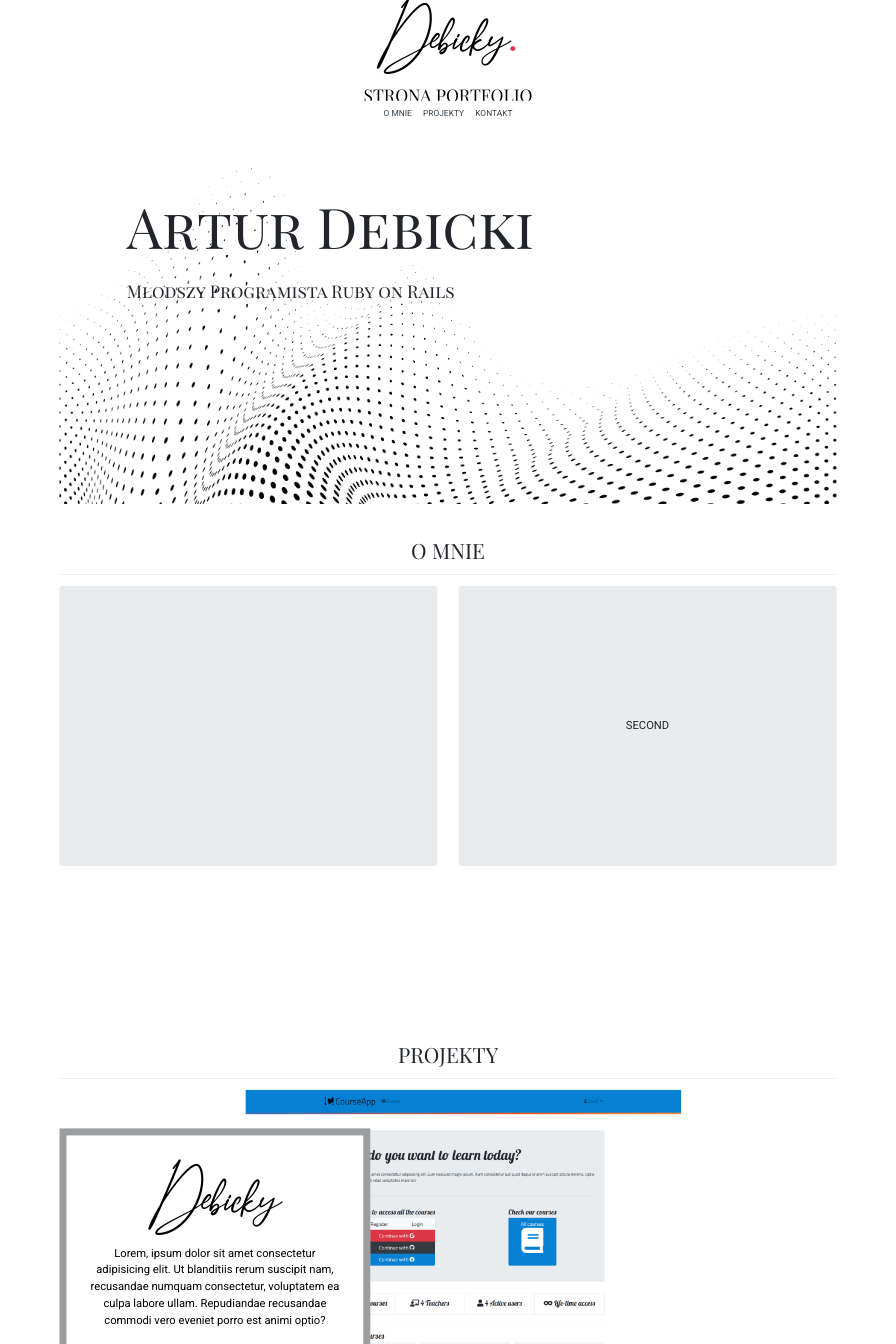
Repository: debicky/debicky.github.io
Page: index.html
An editor plug-in stored every save of this project. The page is shown before and after a run of saves, followed by the edit.
The browser window is 1280 px wide. The pictures show the part of the page from y = 0 to 1920 px (the page is 4287 px tall), at 70% of full size.
Some web libraries are served in a nearby version.

Above is the page before, as saved 2020-06-10 16:13:03.

### index.html
<!DOCTYPE html>
<html lang="en">
<head>
  <meta charset="UTF-8">
  <meta name="viewport" content="width=device-width, initial-scale=1.0">
  <title>Debicky</title>
  <link rel="stylesheet" href="https://stackpath.bootstrapcdn.com/bootstrap/4.5.0/css/bootstrap.min.css" integrity="sha384-9aIt2nRpC12Uk9gS9baDl411NQApFmC26EwAOH8WgZl5MYYxFfc+NcPb1dKGj7Sk" crossorigin="anonymous">
  <link rel="stylesheet" href="https://cdnjs.cloudflare.com/ajax/libs/font-awesome/5.11.2/css/all.min.css">
  <link rel="stylesheet" href="styles.css">
</head>
<body>


  <header>
    <a href="index.html">
      <div class="signature">
        <h5 class="signature-heading">Debicky<span class="text-danger font-weight-bolder">.</span></h5>
        <h3 class="signature-subheading">strona portfolio</h3>
      </div>
    </a>
  </header>

  <div class="container">
    <div class="hero">

      <nav class="navbar navbar-expand-md p-0 rounded bg-white">
        <button class="navbar-toggler" type="button" data-toggle="collapse" data-target="#navbarSupportedContent" aria-controls="navbarSupportedContent" aria-expanded="false" aria-label="Toggle navigation">
          <i class="fas fa-bars"></i>
          <i class="fas fa-times"></i>
        </button>

        <div class="collapse navbar-collapse d-md-flex justify-content-center" id="navbarSupportedContent">
          <ul class="navbar-nav">
            <li class="nav-item">
              <a class="nav-link" href="#">O mnie</a>
            </li>
            <li class="nav-item">
              <a class="nav-link" href="#">Projekty</a>
            </li>
            <li class="nav-item">
              <a class="nav-link" href="#">Kontakt</a>
            </li>
          </ul>
        </div>
      </nav>

      <div class="hero-header">
        <h3 class="hero-heading">Artur Debicki</h3>
        <h3 class="hero-subheading">Młodszy Programista Ruby on Rails</h3>

      </div>

    </div>
  </div>

  <section class="about py-5 vh-100">
    <div class="container">
      <h1 class="text-center">O mnie</h1>
      <hr>

      <div class="row">
        <div class="col-12 col-md-6 col-lg-6 mb-5 mb-md-0">
          <div class="jumbotron">
            <ul>

            </ul>
          </div>
        </div>
        <div class="col-12 col-md-6 col-lg-6 mb-5 mb-md-0">
          <div class="jumbotron">SECOND</div>
        </div>
      </div>

    </div>
  </section>




  <section class="projects py-5">
    <div class="container">
      <h1 class="text-center">Projekty</h1>
      <hr>

      <div class="project-1">
        <div class="about-content">
          <div class="about-description">
            <div class="signature">
              <h5 class="signature-heading">Debicky</h5>
              <p>Lorem, ipsum dolor sit amet consectetur adipisicing elit. Ut blanditiis rerum suscipit nam, recusandae numquam consectetur, voluptatem ea culpa labore ullam. Repudiandae recusandae commodi vero eveniet porro est animi optio?</p>
            </div>
          </div>
          <div class="about-image">
            <a href="/images/1.jpeg">
              <img src="/images/course.png" alt="img1">
            </a>
          </div>
        </div>
      </div>
      <div class="project-1">
        <div class="about-content">
          <div class="about-description">
            <div class="signature">
              <h5 class="signature-heading">Debicky</h5>
              <p>Lorem, ipsum dolor sit amet consectetur adipisicing elit. Ut blanditiis rerum suscipit nam, recusandae numquam consectetur, voluptatem ea culpa labore ullam. Repudiandae recusandae commodi vero eveniet porro est animi optio?</p>
            </div>
          </div>
          <div class="about-image">
            <a href="/images/1.jpeg">
              <img src="/images/blog.png" alt="img1">
            </a>
          </div>
        </div>
      </div>
      <div class="project-1">
        <div class="about-content">
          <div class="about-description">
            <div class="signature">
              <h5 class="signature-heading">Debicky</h5>
              <p>Lorem, ipsum dolor sit amet consectetur adipisicing elit. Ut blanditiis rerum suscipit nam, recusandae numquam consectetur, voluptatem ea culpa labore ullam. Repudiandae recusandae commodi vero eveniet porro est animi optio?</p>
            </div>
          </div>
          <div class="about-image">
            <a href="/images/1.jpeg">
              <img src="/images/shop.png" alt="img1">
            </a>
          </div>
        </div>
      </div>

    </div>
  </section>

  <section class="contact py-5">
    <div class="container">
      <h1 class="text-center">Kontakt</h1>
      <hr>

      <div class="row">
        <div class="col-12 col-md-6 col-lg-6 mb-5 mb-md-0">
          <div class="jumbotron">
            Potrzebujesz wiecej informacji?
            Wyslij mi wiadomosc e-mail lub skontaktuj sie przez Messenger!
          </div>
        </div>
        <div class="col-12 col-md-6 col-lg-6 mb-5 mb-md-0">
          <div class="jumbotron">SECOND</div>
        </div>
      </div>
    </div>
  </section>


  <footer class="py-5">
    <div class="container">
      <div class="row">
        <div class="col-12 col-md-5 col-lg-4 mb-5 mb-md-0">
          <a href="index.html">
            <div class="signature-footer">
              <h5 class="signature-footer-heading">Debicky<span class="text-danger font-weight-bolder">.</span></h5>
              <h3 class="signature-footer-subhead">Programista Ruby on Rails</h3>
            </div>
          </a>
          <small class="d-block mt-2 text-muted">&copy; 2020</small>
        </div>
        <div class="col-12 col-md-5 col-lg-4 mb-5 mb-md-0">
          <h5 class="text-uppercase">Media</h5>
            <ul class="list-unstyled mb-0">
              <li>
                <a href="https://www.facebook.com/artur.debicki.5" class="text-muted">Facebook</a>
              </li>
              <li>
                <a href="https://www.instagram.com/debicky" class="text-muted">Instagram</a>
              </li>
              <li>
                <a href="https://github.com/debicky" class="text-muted">Github</a>
              </li>
            </ul>
        </div>
        <div class="col-12 col-md-5 col-lg-4">
          <h5 class="text-uppercase">Kontakt</h5>
            <ul class="list-unstyled mb-0">
              <li>
                <a href="mailto:arturd444@gmail.com" class="text-muted">arturd444@gmail.com</a>
              </li>
              <li>
                <p class="text-muted">+48 692 138 221</p>
              </li>
            </ul>
        </div>
      </div>
    </div>
  </footer>



  <script src="https://code.jquery.com/jquery-3.5.1.slim.min.js" integrity="sha384-DfXdz2htPH0lsSSs5nCTpuj/zy4C+OGpamoFVy38MVBnE+IbbVYUew+OrCXaRkfj" crossorigin="anonymous"></script>
  <script src="https://cdn.jsdelivr.net/npm/popper.js@1.16.0/dist/umd/popper.min.js" integrity="sha384-Q6E9RHvbIyZFJoft+2mJbHaEWldlvI9IOYy5n3zV9zzTtmI3UksdQRVvoxMfooAo" crossorigin="anonymous"></script>
  <script src="https://stackpath.bootstrapcdn.com/bootstrap/4.5.0/js/bootstrap.min.js" integrity="sha384-OgVRvuATP1z7JjHLkuOU7Xw704+h835Lr+6QL9UvYjZE3Ipu6Tp75j7Bh/kR0JKI" crossorigin="anonymous"></script>
  <script src="script.js"></script>

</body>
</html>

### styles.css
@import url('https://fonts.googleapis.com/css?family=Playfair+Display+SC|Roboto:300,400&display=swap');

@font-face {
  font-family: "AmostelySignature";
  src: url("/fonts/AmostelySignature.ttf");
  }

body, html {
  font-family: "Roboto", sans-serif;
}

a:hover {
  text-decoration: none;;
}

/* Heading & nav  */

.hero{
  height: 80vh;
  background-image: url("/images/bg.jpg");
  background-position: center;
  background-repeat: no-repeat;
  background-size: cover;
}

.hero-header{
  padding: 6rem 0 0 6rem;
  display: flex;
  flex-direction: column;
  align-items: flex-start;

}
.hero-heading{
  font-family: 'Playfair Display SC';
  font-size: 80px;
  margin-bottom: 30px;
}

.hero-subheading{
  font-family: 'Playfair Display SC', sans-serif;
  font-size: 25px;
  margin-bottom: 0;
}

header{
  height: 20vh;
  width: 100%;
  display: flex;
  align-items: center;
  justify-content: center;
}

.signature{
  color: black;
  text-align: center;
  user-select: none;
}


.signature-heading{
  font-family: 'AmostelySignature', cursive;
  font-size: 80px;
  margin-bottom: 30px;
}

.signature-subheading{
  font-family: 'Playfair Display SC', sans-serif;
  font-size: 25px;
  text-transform: uppercase;
  margin-bottom: 0;
}

.navbar{
  background-color: #384147;
}

.navbar-toggler i{
  color: #fff;
  font-size: 25px;
}

.navbar-toggler .fa-times{
  display: none;
}

.navbar-toggler.menu-open  .fa-bars{
  display: none;
}

.navbar-toggler.menu-open  .fa-times{
  display: block;
}

.navbar-nav{
  padding: 20px;
}

.nav-link{
  color: #fff;
  text-transform: uppercase;
  transition: opacity .5s;
  font-size: 12px;
}

.nav-link:hover{
  color: maroon;
}

/* About */

.pattern{
  min-height: 30vh;
  width: auto;
  background-color: #DFDBE5;
background-image: url("data:[embedded picture, 530 characters]");
}

.about-content{

}

.about-description{
  width: 100%;
  background-color: #fff;
  padding: 40px;
  outline: 5px solid rgba(56, 65, 71, 0.5);
  outline-offset: -5px;
  order: 1;
  margin-top: 5px;
}

.about-image{
  order: 2;
}

.about-image img{
  width: 100%;
  height: auto;
  display: block;
}

.about-image a::after{
  font-family: 'Font Awesome 5 Free';
  content: "\f35d";
  font-weight: 600;
  position: absolute;
  top: 50%;
  left: 50%;
  transform: translate(-50%, -50%);
  color: maroon;
  font-size: 25px;
  z-index: 101;
  width: 70px;
  height: 70px;
  border: 3px solid maroon;
  border-radius: 100%;
  display: flex;
  align-items: center;
  justify-content: center;
  opacity: 0;
  transition: opacity .5s;
}

.about-image a:hover::after{
  opacity: .7;
}


/* Projects */

section h1{
  font-family: 'Playfair Display SC', sans-serif;
  font-size: 30px;
  text-transform: uppercase;
}


/* Contact */

.contact{
  height: 80vh;
}


.jumbotron{
  height: 400px;
  width: 100%;
  display: flex;
  align-items: center;
  justify-content: center;
}

/* Footer */


footer {
  background-color: #151515;
  height: 20vh;
  color: #fff;
}

.signature-footer-heading{
  font-family: 'AmostelySignature', cursive;
  font-size: 50px;
  margin-bottom: 30px;
  color: #fff;
}

.signature-footer-subhead{
  font-family: 'Playfair Display SC', sans-serif;
  font-size: 12px;
  text-transform: uppercase;
  color: #fff;
}

footer h5{
  font-family: 'Playfair Display SC', sans-serif;

}


a.text-muted:hover{
  color: maroon !important;
}


/* Responsive */

@media screen and (min-width: 768px) {
  .navbar{
    background-color: transparent;
  }
  .navbar-nav{
    padding: 0;
  }
  .nav-link{
    color: #384147;
  }

  nav:hover .nav-link:not(:hover){
    opacity: .5;
  }

  .about-content{
    position: relative;
    display: block;
  }

  .about-description{
    position: absolute;
    top: 80%;
    transform: translateY(-50%);
    width: 60%;
    outline-offset: -10px;
  }

  .about-image img{
    width: 70%;
    margin-left: auto;
  }
}

@media screen and (min-width: 1200px) {
  .about-description{
    top: 50%;
    width: 40%;
    outline: 10px solid rgba(56, 65, 71, 0.5);
    offset: -20px;

  }

  .about-image{
    width: 80%;
  }


}

.project-1{
  margin-bottom: 200px;
}

### script.js
$('.navbar-toggler').on('click', function () {
  $(this).toggleClass('menu-open')
})

After the next 2 saves:
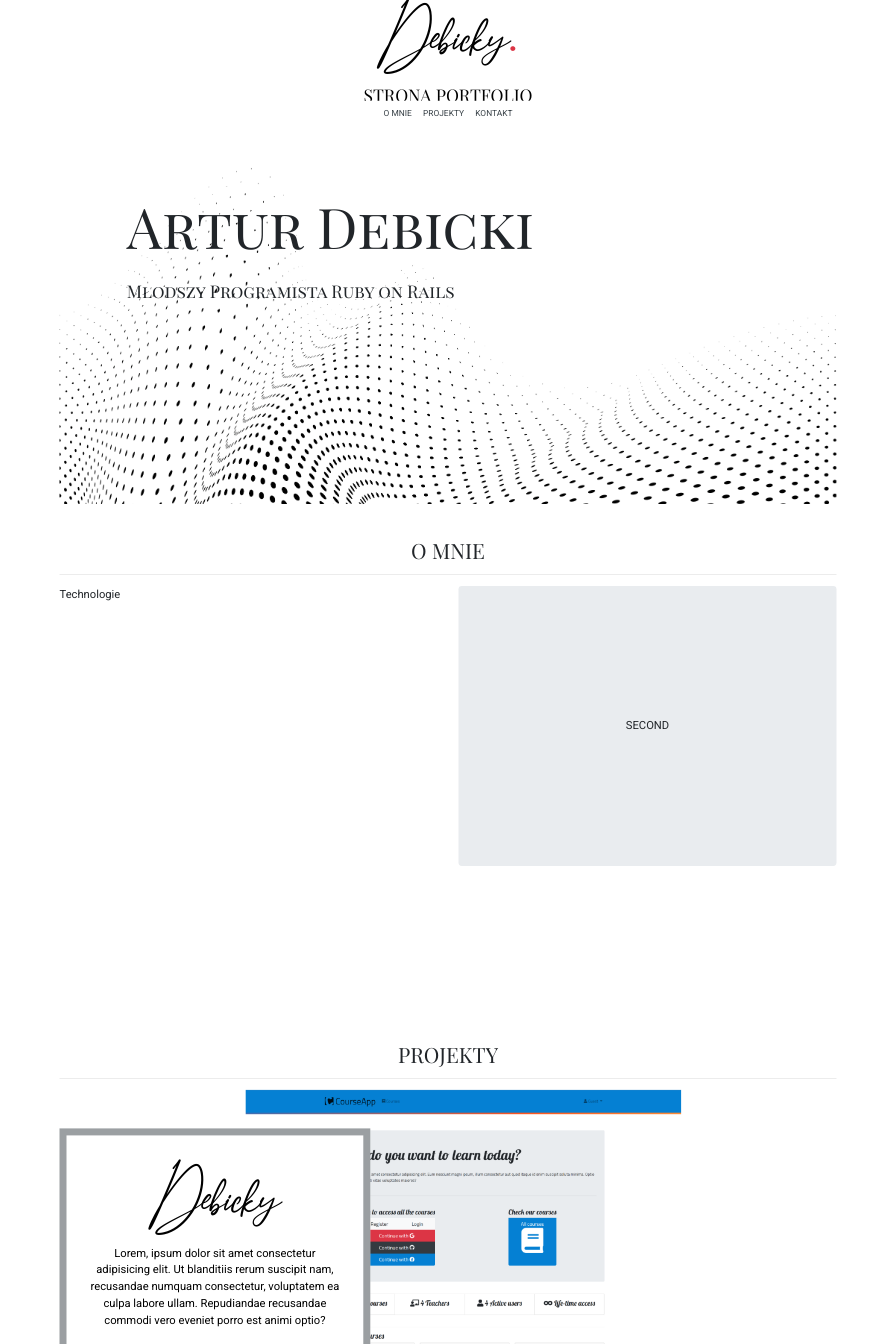
The 2 saves are shown as one change because they came seconds apart.
The last was saved 64 s later.
--- a/index.html
+++ b/index.html
@@ -60,11 +60,7 @@
 
       <div class="row">
         <div class="col-12 col-md-6 col-lg-6 mb-5 mb-md-0">
-          <div class="jumbotron">
-            <ul>
-
-            </ul>
-          </div>
+          Technologie
         </div>
         <div class="col-12 col-md-6 col-lg-6 mb-5 mb-md-0">
           <div class="jumbotron">SECOND</div>
